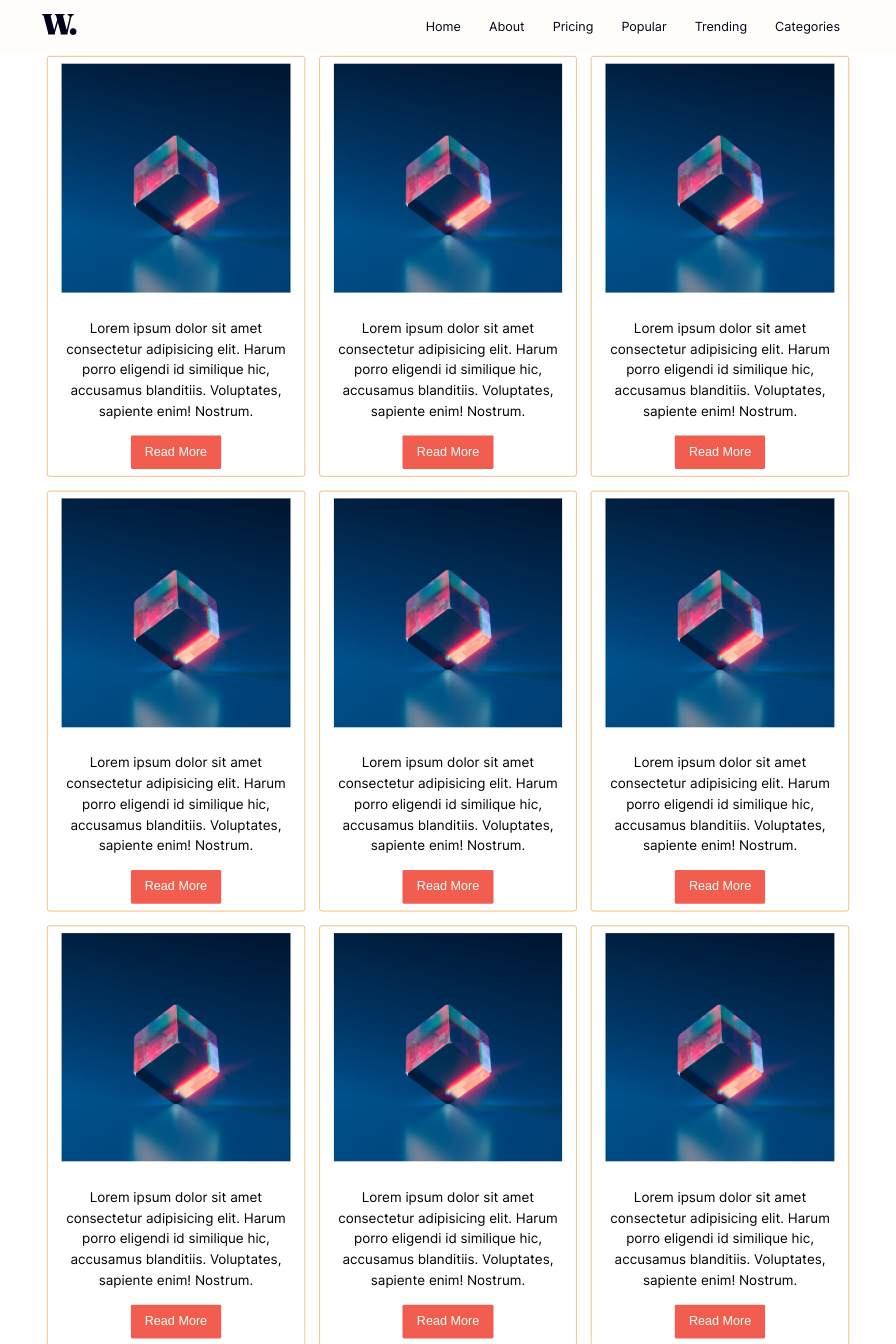
Repository: Benedict-Anthony/web3.0-blog-chain
Page: /trending
An editor plug-in stored every save of this project. The page is shown before and after the next save, followed by the edit.
The browser window is 1280 px wide. The pictures show the part of the page from y = 0 to 1920 px (the page is 2543 px tall before and 2652 px after), at 70% of full size.
The project was rebuilt for these pictures with package versions that can differ from the ones it lists, and the page was loaded fresh each time. The framework's server and built-in components were replaced by stand-ins that run in the browser. Also part of the build but not shown: next.config.js, styles/styles.css.

Above is the page before, as saved 2022-12-20 08:59:57.

### pages/_app.tsx
import '../styles/globals.scss'
import type { AppProps } from 'next/app'
import NavBar from '../components/NavBar'
import "@/styles/styles.css"
export default function App({ Component, pageProps }: AppProps) {
  return (
    <>
      <NavBar />
      <Component {...pageProps} />
    </>
  )
}

### pages/trending.tsx
import Layout from 'components/Layout'
import React from 'react'
import TrendingStyles from "@/styles/Trending.module.scss"
import Trending from 'components/Trending'

const trending = () => {
    const arr = [1,2,3,4,5,6,7,8,9,0]
  return (
    <Layout>
          <section className={TrendingStyles.section}>
          {arr.map((item) => (
              <Trending key={item}/>
          ))}
              hello
              </section>
    </Layout>

  )
}

export default trending

### styles/globals.scss
:root{
  --SoftOrange: hsl(35, 77%, 62%);
  --SoftRed: hsl(5, 85%, 63%);

  --Red: hsl(0, 78%, 62%);
  --Cyan: hsl(180, 62%, 55%);
  --Orange: hsl(34, 97%, 64%);
  --Blue: hsl(212, 86%, 64%);

  --OffWhite: hsl(36, 100%, 99%);
  --GrayishBlue: hsl(233, 8%, 79%);
  --DarkGrayishBlue: hsl(236, 13%, 42%);
  --VeryDarkBlue: hsl(240, 100%, 5%);
}

@font-face{
  font-family: "Inter";
  src: url("/landing/assets/fonts/static/inter-Bold.ttf");
  src: url("/landing/assets/fonts/static/inter-ExtraBold.ttf");
  src: url("/landing/assets/fonts/static/inter-Regular.ttf");
}

*::after, *::before, *{
  padding: 0;
  margin: 0;
  box-sizing: border-box;
  transition: all .3s ease;
  line-height: 1.54em;
}


ul,li{
  list-style: none;
}

html{
  scroll-behavior: smooth;
}

body{
  font-family: "Inter";
}

.swiper {
    overflow: visible;
}

### components/NavBar.tsx
import React from 'react'
import {useState} from "react"
import Image from 'next/image'
import Link from 'next/link';
import NavBarStyles from "@/styles/navBar.module.scss";

const NavBar = () => {
  const [mobileActive, setMobileActive] = useState(false)
  return (

        <header className={NavBarStyles.header}>
          <nav className={NavBarStyles.nav}>
               <div className="logo">
                <Image src="/landing/assets/images/logo.svg" alt="" width={50} height={30} />
              </div>

              <ul style={{
                right: mobileActive ? "0" : "calc(100vw + 50px)"
              }}>
                  <li><Link href={"/"}>Home</Link></li>
                  <li><Link href={"/about"}>About</Link></li>
                  <li><Link href={"/pricing"}>Pricing</Link></li>
                  <li><Link href={"/popular"}>Popular</Link></li>
                  <li><Link href={"/trending"}>Trending</Link></li>
                  <li><Link href={"/categories"}>Categories</Link></li>

              </ul>

                  <div className={NavBarStyles.toggler} onClick={() => setMobileActive(!mobileActive)}>
                      <Image src={`/landing/assets/images/${mobileActive ? "icon-menu-close.svg" : "icon-menu.svg"}`} alt="" width={25} height={20} />
            </div>

         </nav>
    </header>

  )
}

export default NavBar

### components/Layout.tsx
import React from 'react'
import UtilsStyles from "@/styles/Utils.module.scss";
import {ReactNode} from "react"

type layoutProps = {
    children: ReactNode
}
const Layout = ({children}:layoutProps) => {
  return (
    <main className={UtilsStyles.container}>
      <section className={UtilsStyles.spaceY}>
        {children}
      </section>
      </main>
  )
}

export default Layout

### styles/Trending.module.scss
.article{
    border: 1px solid var(--SoftOrange);
    border-radius: 4px;
    div{
        width: 100%;
        img{
            width: 100%;
        }
        span{
            font-size: 1.1rem;
            color: var(--SoftRed);
            position: absolute;
            top: 30px;
            left: 2px;
       }
    }

    div{
        padding: 10px 20px;
        text-align: center;
        p{
            padding: 10px 0;
            font-size: 1.2rem;
        }
    }
}

.section{
    display: grid;
    grid-template-columns: repeat(auto-fit, minmax(20rem, 1fr));
    justify-content: space-between;
    align-items: center;
    gap: 20px;
}

### components/Trending.tsx
import React from 'react'
import TrendingStyles from "@/styles/Trending.module.scss"
import Button from './Button'
type TrendingProps = {
    news: {
        id: number
        title: string
        date: string
        slug: string
        img:string
    }
}

const Trending = ({}) => {
  return (
    <article className={TrendingStyles.article}>
          <div className='img'>
              <img src="nft/images/image-equilibrium.jpg" alt="" />
                <span>12-3-2022</span>
          </div>

          <div>
              <p>Lorem ipsum dolor sit amet consectetur adipisicing elit. Harum porro eligendi id similique hic, accusamus blanditiis. Voluptates, sapiente enim! Nostrum.</p>
              <Button title='read more'/>
          </div>
    </article>
  )
}

export default Trending

### styles/navBar.module.scss
.header{
    position: fixed;
    top: 0;
    right: 0;
    left: 0;
    // max-width: 1160px;
    margin: 0 auto;
    padding: 20px;
     background-color: var(--OffWhite);
     z-index:10;
    //  box-shadow:  2px 1px 3px var(--DarkGrayishBlue);
}

.nav{
    display: flex;
    justify-content: space-between;
    align-items: center;
     max-width: 1160px;
    margin: 0 auto;

    .logo{
        width: 50px;
    }

    ul{
        display: flex;
        align-items: center;
        justify-content: space-between;

        li{
            margin: 0 20px;

            a{
                text-decoration: none;
                font-size: 18px;
                color: var(--VeryDarkBlue);
                font-family: "Inter";
                font-weight: 400;
                &:hover{
                    color: var(--SoftRed);
                    cursor: pointer;
                }
            }
        }
    }

    @media(max-width:767px) {
        ul{
            position: absolute;
            top: 0;
            width: 80%;
            background-color: var(--OffWhite);
            box-shadow: 2px 2px 3px var(--DarkGrayishBlue);
            height: 100vh;
            flex-flow: column;
            justify-content: center;
            align-items: flex-start;
            padding-left: 10px;

            li{
                margin: 20px 0;

                a{
                    font-size: 22px;
                }
            }

        }


    }
}



.toggler{
        display: none;


        @media(max-width:767px) {
            display: block;
            z-index: 10;
        }
    }

### styles/Utils.module.scss
.container{
    max-width: 1160px;
    margin: 0 auto;
    overflow:hidden;
    padding: 0 7px;
}

.spaceY{
    padding-top: 2.5rem;
    margin-top: 2.5rem;
}

### components/Button.tsx
import React from 'react'
import ButtonbStyles from "@/styles/Button.module.scss"
type ButtonProps = {
    title:string
}
const Button = ({title}: ButtonProps) => {
  return (
    <button className={ButtonbStyles.button}>
      {title}
    </button>
  )
}

export default Button

### styles/Button.module.scss
.button{
    display: inline-block;
    color: var(--OffWhite);
    padding: 10px 20px;
    border: 0;
    background-color: var(--SoftRed);
    margin-top: 10px;
    font-size: 18px;
    border-radius: 2px;
    text-transform: capitalize;

    &:hover{
        cursor: pointer;
        background-color: var(--VeryDarkBlue);
    }
}

After the next save:
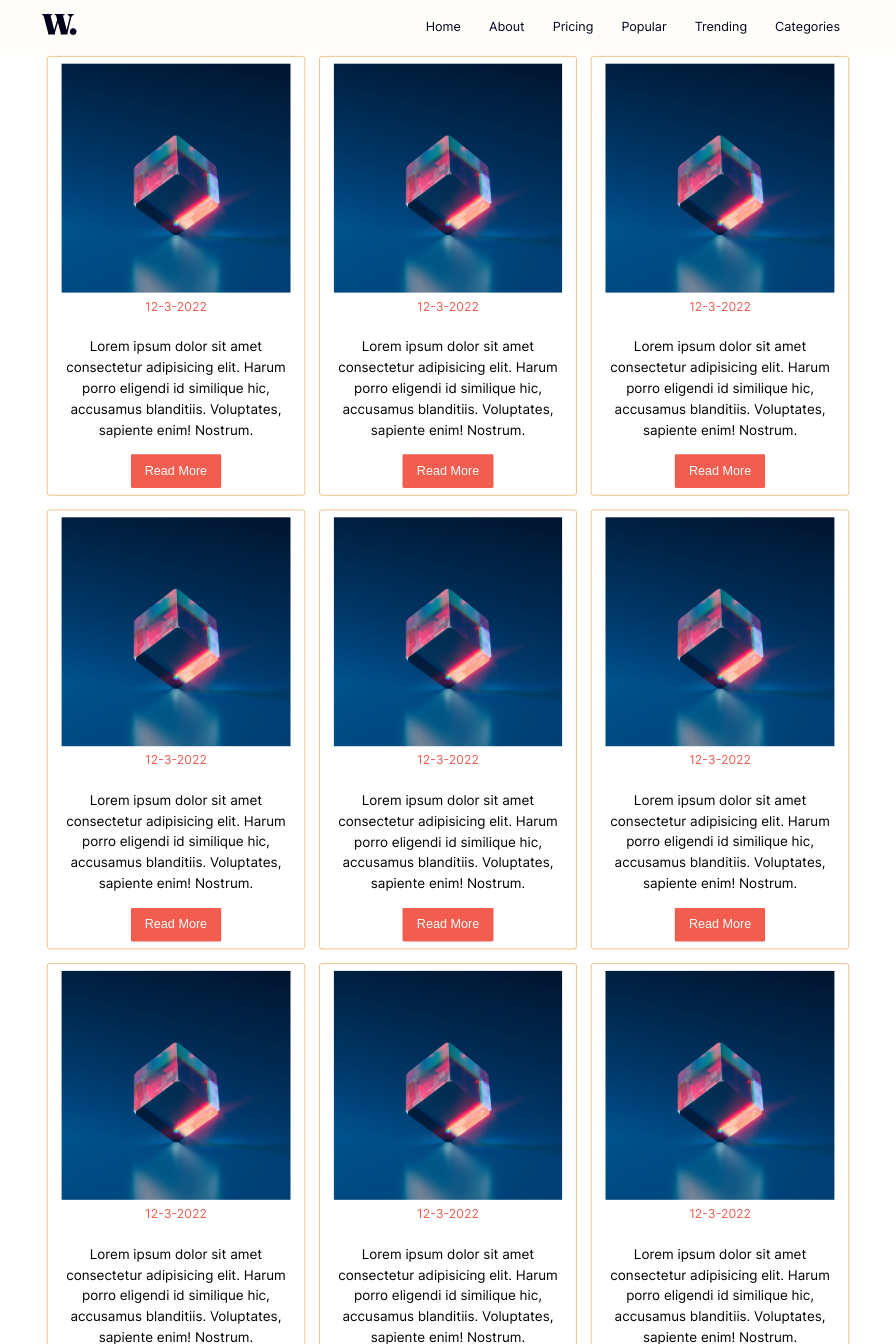
Saved 7 s later.
--- a/styles/Trending.module.scss
+++ b/styles/Trending.module.scss
@@ -9,9 +9,9 @@
         span{
             font-size: 1.1rem;
             color: var(--SoftRed);
-            position: absolute;
-            top: 30px;
-            left: 2px;
+            // position: absolute;
+            // top: 30px;
+            // left: 2px;
        }
     }
 

After the save that followed:
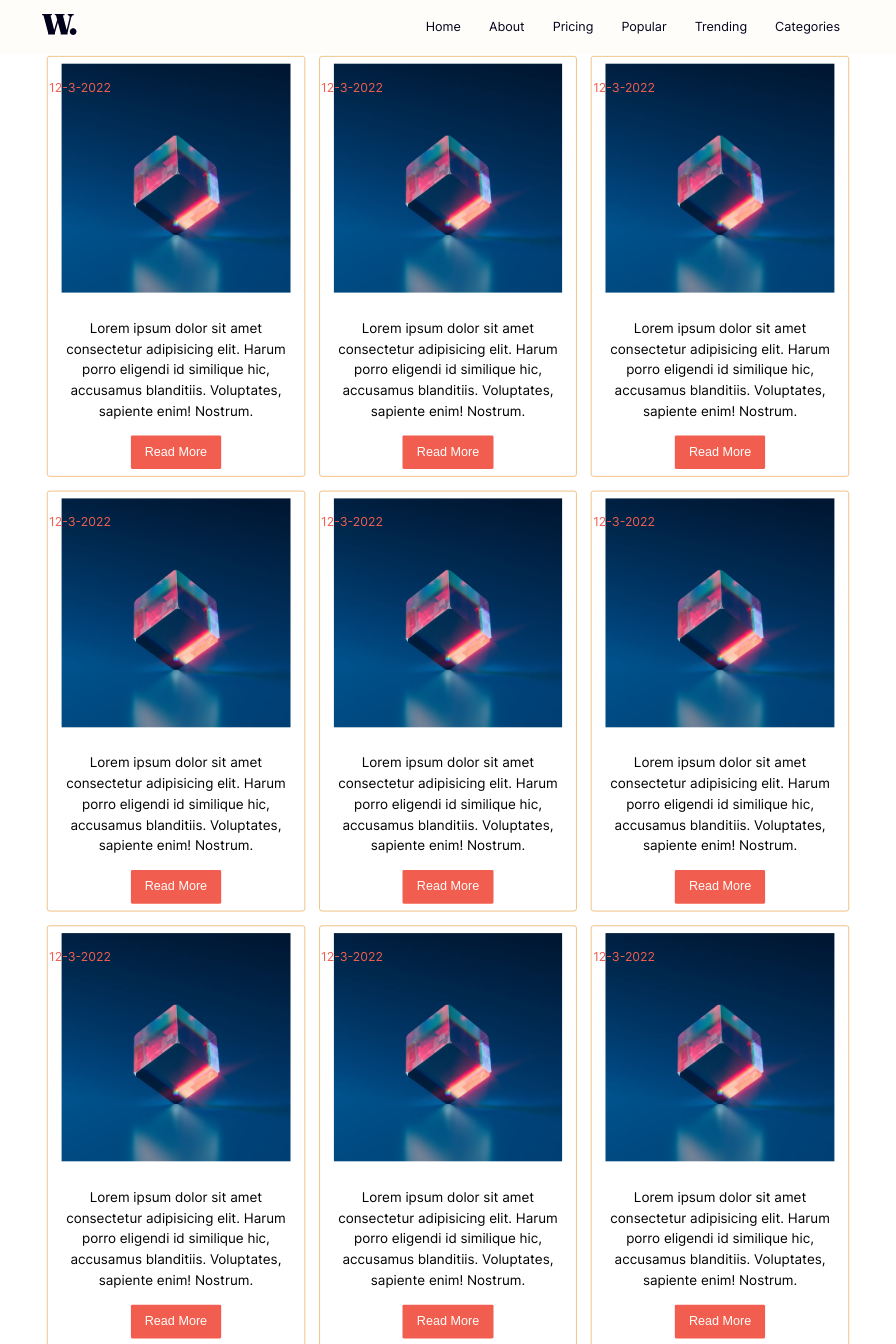
Saved 20 s later.
--- a/styles/Trending.module.scss
+++ b/styles/Trending.module.scss
@@ -3,15 +3,16 @@
     border-radius: 4px;
     div{
         width: 100%;
+        position: relative;
         img{
             width: 100%;
         }
         span{
             font-size: 1.1rem;
             color: var(--SoftRed);
-            // position: absolute;
-            // top: 30px;
-            // left: 2px;
+            position: absolute;
+            top: 30px;
+            left: 2px;
        }
     }
 
